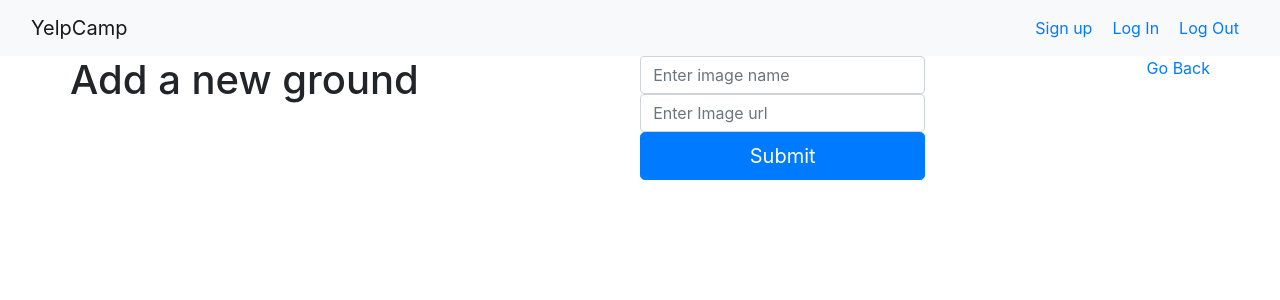
Repository: N-Verma/Webdev-Backend-
Page: http://localhost/campgrounds/new
The author's editor kept a record of every edit. The page is drawn from the files as they stood at one moment, then again after the next edit.
The browser window is 1280 px wide. The pictures show the whole page.
The page is served by the project's Node server (YelpCamp/v2/app.js).

Above is the page before.

After the next edit:
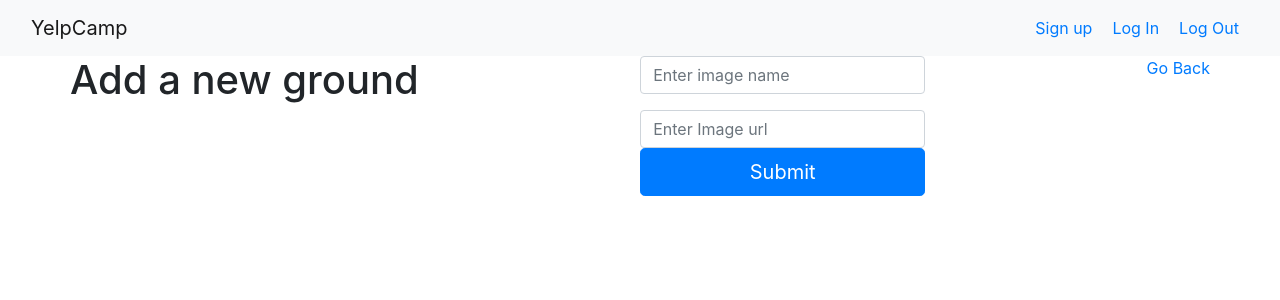
The edit:
--- a/Web dev (backend)/environment/YelpCamp/v2/views/new.ejs
+++ b/Web dev (backend)/environment/YelpCamp/v2/views/new.ejs
@@ -4,7 +4,11 @@
         <h1>Add a new ground</h1>
         <div style = "width:25%; margin:0 auto;">
             <form action="/campgrounds" method="POST">
-                <input class="form-control"type="text" name="name" placeholder="Enter image name">
+                <div class="form-group">
+                    <input class="form-control"type="text" name="name" placeholder="Enter image name">
+                </div>
+
+                <div class="form-group"></div>
                 <input class="form-control"type="text" name="img" placeholder="Enter Image url">
                 <button class="btn btn-lg btn-primary btn-block">Submit</button>
             </form>
